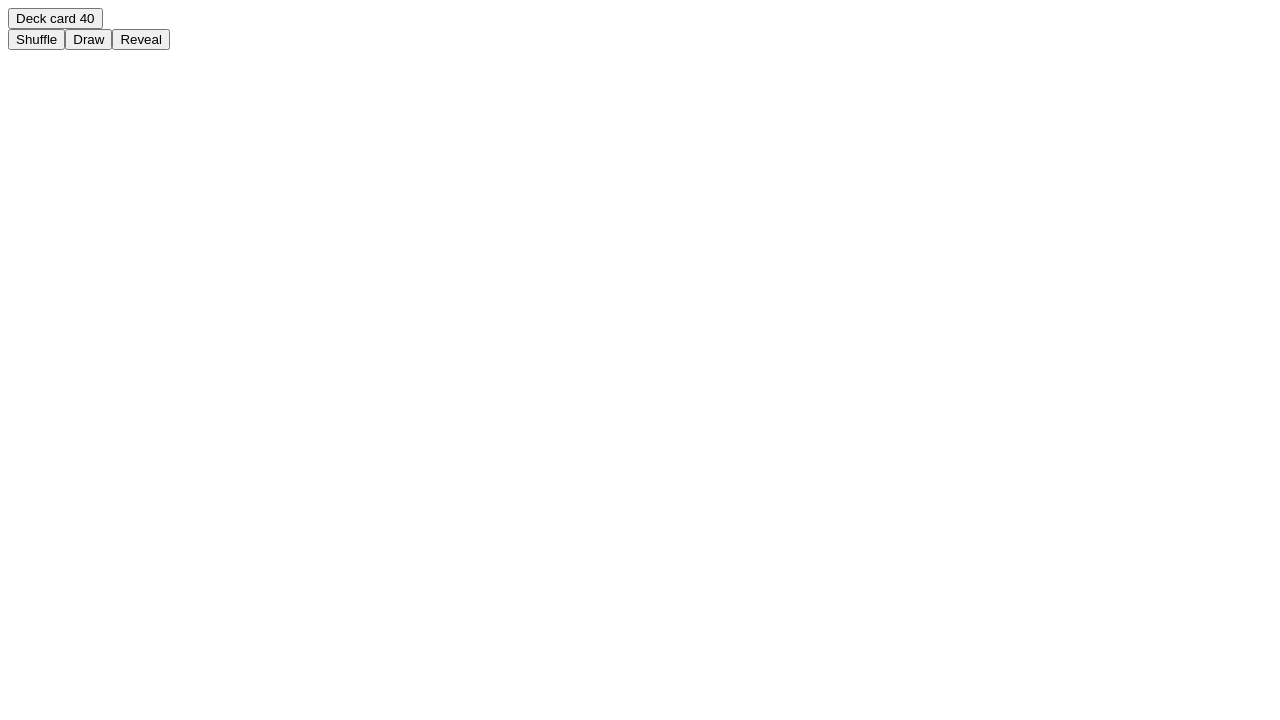
Repository: tiendungjr123/app-baicao
Page: /
An editor plug-in stored every save of this project. The page is shown before and after the next save, followed by the edit.
The browser window is 1280 px wide. The pictures show the whole page.
The project was rebuilt for these pictures with package versions that can differ from the ones it lists, and the page was loaded fresh each time. Also part of the build but not shown: src/index.css.

Above is the page before, as saved 2022-10-10 17:31:58.

After the next save:
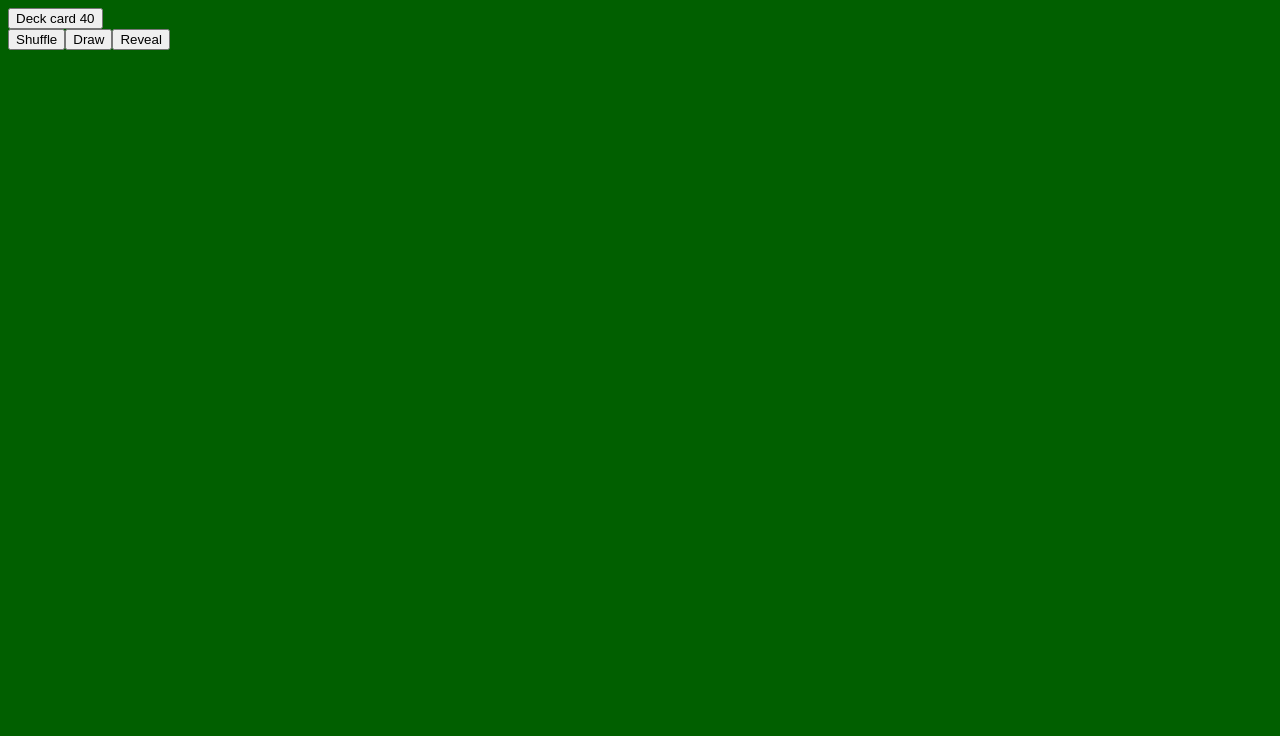
Saved 4 s later.
--- a/src/Scss/style.css
+++ b/src/Scss/style.css
@@ -1 +1,4 @@
-/*# sourceMappingURL=style_20221010172709.css.map */
+body {
+  background-color: #015F00;
+  height: 100vh;
+}/*# sourceMappingURL=style.css.map */
